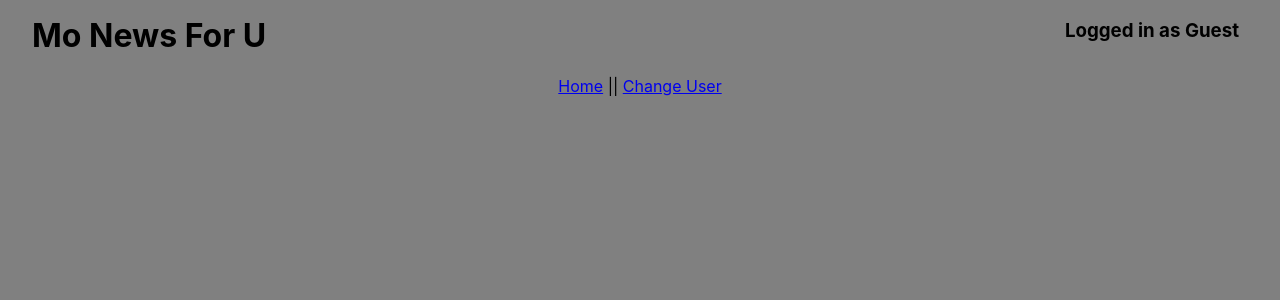
Repository: tabal97/fe-mo-news-for-u
Page: / (app in mo-news-for-u/)
An editor plug-in stored every save of this project. The page is shown before and after the next save, followed by the edit.
The browser window is 1280 px wide. The pictures show the whole page.
The page's requests for data from a server got no answer. The project was rebuilt for these pictures with package versions that can differ from the ones it lists, and the page was loaded fresh each time. No one was signed in, and anything a server would have sent is missing. Also part of the build but not shown: mo-news-for-u/src/Components/ArticleCard.jsx, mo-news-for-u/src/Styles/SingleArticle.module.css, mo-news-for-u/src/Styles/VotesCard.module.css, mo-news-for-u/src/Components/VotesCard.jsx, mo-news-for-u/src/Styles/CommentCard.module.css, mo-news-for-u/src/Components/CommentCard.jsx, mo-news-for-u/src/Styles/CommentAdder.module.css, mo-news-for-u/src/Components/CommentAdder.jsx and 7 more.

Above is the page before, as saved 2019-10-10 15:06:37.

After the next save:
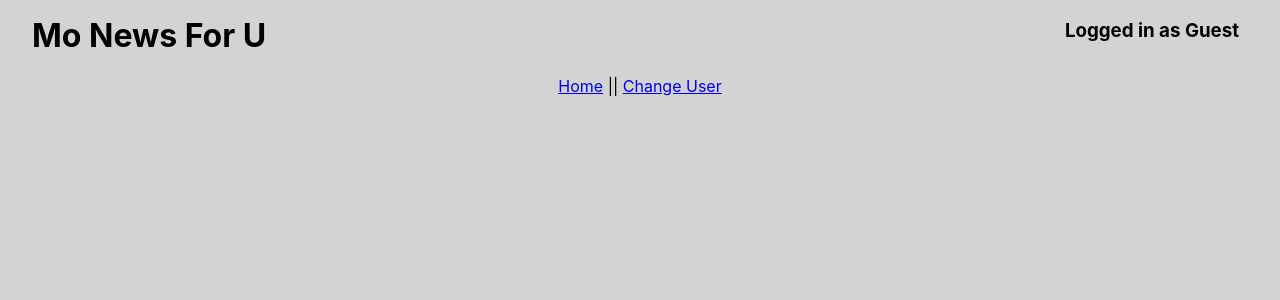
Saved 31 s later.
--- a/mo-news-for-u/src/Styles/ArticleCard.module.css
+++ b/mo-news-for-u/src/Styles/ArticleCard.module.css
@@ -10,7 +10,7 @@ padding: 1rem;
 background-color: rgb(255, 254, 254);
 }
 :hover{
-    background-color: grey;
+    background-color: lightgrey;
     }
 
 .title {
